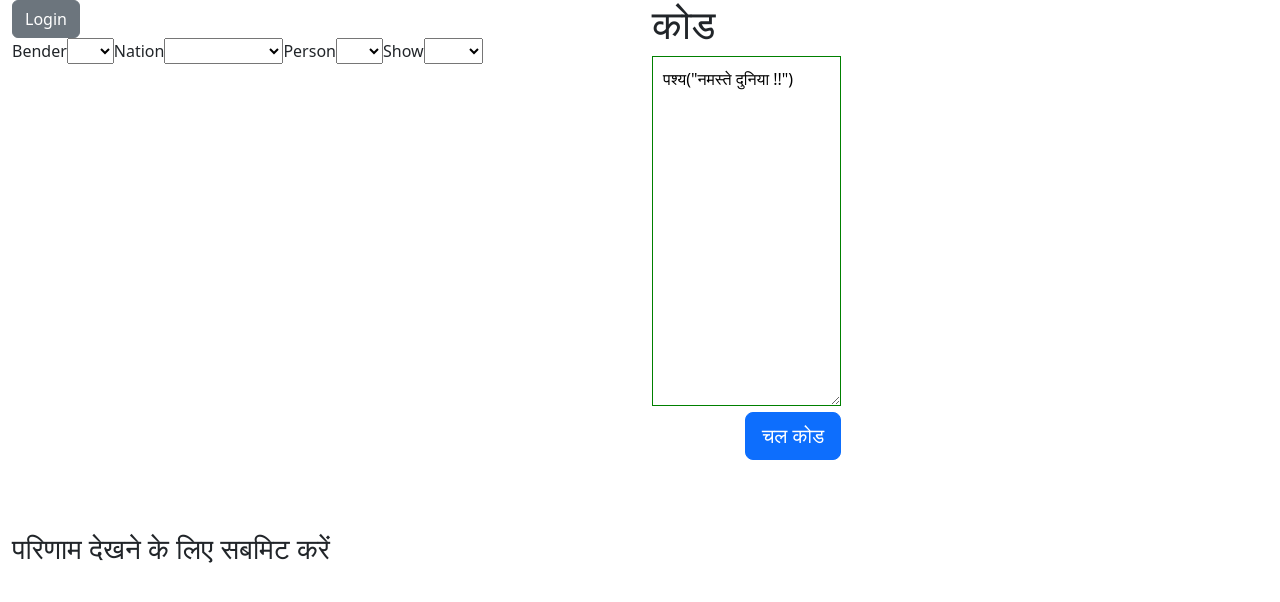
Repository: Vivek3072/webapp_shuniya_code.com
Page: /
An editor plug-in stored every save of this project. The page is shown before and after the next save, followed by the edit.
The browser window is 1280 px wide. The pictures show the whole page.
The project was rebuilt for these pictures with package versions that can differ from the ones it lists, and the page was loaded fresh each time. Also part of the build but not shown: src/components/Login.js, src/components/Singup.js, src/home/filteritems.js. Imported but missing from the stored project, and not drawn on this page: src/axiosApi.

Above is the page before, as saved 2021-02-28 00:39:13.

### public/index.html
<!DOCTYPE html>
<html lang="en">
  <head>
    <meta charset="utf-8" />
    <link rel="icon" href="%PUBLIC_URL%/favicon.ico" />
    <meta name="viewport" content="width=device-width, initial-scale=1" />
    <meta name="theme-color" content="#000000" />
    <meta
      name="description"
      content="Web site created using create-react-app"
    />
    <link rel="apple-touch-icon" href="%PUBLIC_URL%/logo192.png" />
    <!-- CSS only -->
    <link href="https://cdn.jsdelivr.net/npm/bootstrap@5.0.0-beta2/dist/css/bootstrap.min.css" rel="stylesheet" integrity="sha384-BmbxuPwQa2lc/FVzBcNJ7UAyJxM6wuqIj61tLrc4wSX0szH/Ev+nYRRuWlolflfl" crossorigin="anonymous">
    <script src="https://cdn.jsdelivr.net/npm/bootstrap@5.0.0-beta2/dist/js/bootstrap.bundle.min.js" integrity="sha384-b5kHyXgcpbZJO/tY9Ul7kGkf1S0CWuKcCD38l8YkeH8z8QjE0GmW1gYU5S9FOnJ0" crossorigin="anonymous"></script>
    <!--
      manifest.json provides metadata used when your web app is installed on a
      user's mobile device or desktop. See https://developers.google.com/web/fundamentals/web-app-manifest/
    -->
    <link rel="manifest" href="%PUBLIC_URL%/manifest.json" />
    <!--
      Notice the use of %PUBLIC_URL% in the tags above.
      It will be replaced with the URL of the `public` folder during the build.
      Only files inside the `public` folder can be referenced from the HTML.

      Unlike "/favicon.ico" or "favicon.ico", "%PUBLIC_URL%/favicon.ico" will
      work correctly both with client-side routing and a non-root public URL.
      Learn how to configure a non-root public URL by running `npm run build`.
    -->
    <title>React App</title>
  </head>
  <body>
    <noscript>You need to enable JavaScript to run this app.</noscript>
    <div id="root"></div>
    <!--
      This HTML file is a template.
      If you open it directly in the browser, you will see an empty page.

      You can add webfonts, meta tags, or analytics to this file.
      The build step will place the bundled scripts into the <body> tag.

      To begin the development, run `npm start` or `yarn start`.
      To create a production bundle, use `npm run build` or `yarn build`.
    -->
  </body>
</html>

### src/index.js
import React from 'react';
import ReactDOM from 'react-dom';
import './index.css';
import '../node_modules/font-awesome/css/font-awesome.min.css';
import App from './App';
import reportWebVitals from './reportWebVitals';
import {BrowserRouter} from 'react-router-dom'
ReactDOM.render(
  <BrowserRouter>
    <App />
  </BrowserRouter>,
  document.getElementById('root')
);

// If you want to start measuring performance in your app, pass a function
// to log results (for example: reportWebVitals(console.log))
// or send to an analytics endpoint. Learn more: https://bit.ly/CRA-vitals
reportWebVitals();

### src/App.js

import React, { Component} from "react";
import { Switch, Route, Link ,withRouter} from "react-router-dom";
import Login from "./components/Login";
import Signup from "./components/Singup";
// import Hello from "./hello";

import axiosInstance from "./axiosApi";

import home from './home'
import 'bootstrap/dist/css/bootstrap.min.css';
import './App.css'
class App extends Component {
    constructor() {
        super();
        this.handleLogout = this.handleLogout.bind(this);
    }
    async handleLogout() {
        try {
            const response = await axiosInstance.post('/blacklist/', {
                "refresh_token": localStorage.getItem("refresh_token")
            });
            localStorage.removeItem('access_token');
            localStorage.removeItem('refresh_token');
            axiosInstance.defaults.headers['Authorization'] = null;
            this.props.history.push('/');
            return response;
        }
        catch (e) {
            console.log(e);
        }
    };


    render() {
        const token=localStorage.getItem('access_token');
        console.log(token)
        return (
            <div className="container-fluid ">
                <nav>
                {token ?
                <div className="userLogin">
                  <span> <i className="fa fa fa-user"></i>User </span>
                  <button onClick={this.handleLogout}>Logout</button>
                </div>
                :
                  null
                }
                </nav>
                    <Switch>
                        <Route exact path="/" component={home}  />
                        <Route exact path={"/login/"} component={Login}/>
                        <Route exact path={"/signup/"} component={Signup}/>
                    </Switch>

            </div>
        );
    }
}

export default withRouter(App);

### src/home/index.js
import React, { Component } from "react";
import axios from "axios";
import './Index.css'
import FilterOptions from './filteroptions';
import FilterItems from './filteritems';
var filterData = [
  { name: 'Aang', bender: 'yes', nation: 'Air', person: 'yes', show: 'ATLA' },
  { name: 'Appa', bender: 'yes', nation: 'Air', person: 'no', show: 'ATLA' },
  { name: 'Asami', bender: 'no', nation: 'Republic City', person: 'yes', show: 'LOK' },
  { name: 'Azula', bender: 'yes', nation: 'Fire', person: 'yes', show: 'ATLA' },
  { name: 'Bolin', bender: 'yes', nation: 'Earth', person: 'yes', show: 'LOK' },
  { name: 'Katara', bender: 'yes', nation: 'Water', person: 'yes', show: 'ATLA' },
  { name: 'Korra', bender: 'yes', nation: 'Water', person: 'yes', show: 'LOK' },
  { name: 'Jinora', bender: 'yes', nation: 'Air', person: 'yes', show: 'LOK' },
  { name: 'Lin Beifong', bender: 'yes', nation: 'Republic City', person: 'yes', show: 'LOK' },
  { name: 'Pabu', bender: 'no', nation: 'Fire', person: 'no', show: 'LOK' },
  { name: 'Momo', bender: 'no', nation: 'Air',  person: 'no', show: 'ATLA'},
  { name: 'Mai', bender: 'no', nation: 'Fire', person: 'yes', show: 'ATLA' },
  { name: 'Mako', bender: 'yes', nation: 'Fire', person: 'yes', show: 'LOK' },
  { name: 'Naga', bender: 'no', nation: 'Water', person: 'no', show: 'LOK'},
  { name: 'Sokka', bender: 'no', nation: 'Water', person: 'yes', show: 'ATLA' },
  { name: 'Suki', bender: 'no', nation: 'Earth', person: 'yes', show: 'ATLA' },
  { name: 'Tenzin', bender: 'yes', nation: 'Air', person: 'yes', show: 'LOK' },
  { name: 'Toph Beifong', bender: 'yes', nation: 'Earth', person: 'yes', show: 'ATLA' },
  { name: 'Ty Lee', bender: 'no', nation: 'Fire', person: 'yes', show: 'ATLA' },
  { name: 'Uncle Iroh', bender: 'yes', nation: 'Fire', person: 'yes', show: 'ATLA' },
  { name: 'Varrick', bender: 'no', nation: 'Republic City', person: 'yes', show: 'LOK' },
  { name: 'Zhu Li', bender: 'no', nation: 'Republic City', person: 'yes', show: 'LOK' },
  { name: 'Zuko', bender: 'yes', nation: 'Fire', person: 'yes', show: 'ATLA' }
];

export default class home extends Component {
  constructor(props) {
    super(props);
    this.state = {
      texteditor: "",
      showtext: "",
      isSubmited: false,
      isloaded: false,
      data: filterData,
      bender: '',
      nation: '',
      person: '',
      show: '',

    };
  }
  filterItems=(val, type)=> {
    switch (type) {
     case 'bender':
       this.setState({bender: val});
       break;
     case 'nation':
       this.setState({nation: val});
       break;
     case 'person':
       this.setState({person: val});
       break;
     case 'show':
       this.setState({show: val});
       break;
     default:
       break;
   }
 };
  submitHandler = () => {
    this.setState({
      isloaded: false,
      isSubmited: true,
    });
    var getText = document.getElementById("texteditor").value;
    console.log(getText);
    var code_text_b64 = btoa(unescape(encodeURIComponent(getText)));
    const postBody = {
      code_file_name: "a.py",
      code_input: "1",
      code_text_b64: code_text_b64,
      input_flag: "ABSENT",
    };
    var postContent = JSON.stringify(postBody);
    const headers = {
      "Content-Type": "application/json",
    };
    const res = axios
      .post(
        "http://ec2-13-232-16-70.ap-south-1.compute.amazonaws.com:8000/api/v1/web_ide/",
        postContent,
        headers
      )
      .then((res) => {
        this.setState({
          showtext: res.data,
          isloaded: true,
        });
      });
  };
  login=()=>{
    this.props.history.push('/login')
}
  render() {
    const token=localStorage.getItem('access_token');
    var filteredItems = this.state.data;
    var state = this.state;
    ["bender", "nation", "person", "show"].forEach(function(filterBy) {
      var filterValue = state[filterBy];
      if (filterValue) {
        filteredItems = filteredItems.filter(function(item) {
          return item[filterBy] === filterValue;
        });
      }
    });
    var benderArray = this.state.data.map(function(item) { return item.bender });
    var nationArray = this.state.data.map(function(item) { return item.nation });
    var personArray = this.state.data.map(function(item) { return item.person });
    var showArray = this.state.data.map(function(item) { return item.show });
    benderArray.unshift("");
    nationArray.unshift("");
    personArray.unshift("");
    showArray.unshift("");
    return (
      <>
       <div className="row">

            <div className="col-sm-6 col-md-4 col-lg-6">
          {token? null : <button type="button" className="btn btn-secondary userLogin" onClick={this.login}>Login</button>}

          <FilterOptions
            data={this.state.data}
            benderOptions={benderArray}
            nationOptions={nationArray}
            personOptions={personArray}
            showOptions={showArray}
            changeOption={this.filterItems} />
          <div className="filter-form">
          {/* <FilterItems data={filteredItems} /> */}
        </div>

            </div>
            <div className="col-sm-12 col-md-6 col-lg-2">
            <h1>कोड</h1>
              <textarea id="texteditor" className="editorArea">
                पश्य("नमस्ते दुनिया !!")
              </textarea>
              <div
                className="menu-bar"
                style={{ position: "relative", textAlign: "end" }}
              >
                <button
                  className="btn btn-lg btn-primary submit-btn"
                  onClick={this.submitHandler}
                >
                  चल कोड
                </button>
              </div>

            </div>
            <div className="col-sm-12" col-md-2 col-lg-12></div>
        </div>
        <div className="row">
        <div className="menu-bar"></div>
              <br></br>
              <br></br>
              <br></br>
              {this.state.isSubmited ? (
                <div>
                  <h1>परिणाम</h1>
                  {this.state.isloaded ? (
                    <textarea className="sub" value={this.state.showtext}>
                      {" "}
                    </textarea>
                  ) : (
                    <div>
                      <h6>प्रोसेसिंग....................</h6>
                      <div className="loader"></div>
                    </div>
                  )}
                </div>
              ) : (
                <h3>परिणाम देखने के लिए सबमिट करें</h3>
              )}
        </div>
      </>

    );
  }
}

### src/App.css

.editor_area{
  height: 500px;
}
.codeArea{
  margin: auto;
  width: 50%;
  border: 3px solid green;
  padding: 10px;

}
.userLogin{
  text-align: right;
}
textarea{
  position: relative;
  width: 100%;
  height: 200px;
  padding: 20px;
}

.loader {
  position: relative;
  margin-top: 100px;
  left: 50%;
  transform: translate(-50%,-50%);
  width: 100px;
  height: 100px;
  border: 20px solid;
  border-top-color:  rgb(11, 39, 133);
  border-bottom-color: rgb(90, 204, 90);
  border-right-color: rgb(73, 52, 167);
  border-left-color: rgb(212, 28, 28);
  border-radius: 50%;
  animation: spin 2s infinite linear;
}
@keyframes spin {
  from {
      transform: translate(-50%,-50%) rotate(0deg);
  }
  to {
      transform: translate(-50%,-50%) rotate(360deg);
  }
}

li{
  padding: 20px;
}
a{
  color: aliceblue;
  text-decoration: none;
}
a:hover{
  color: rgb(0, 255, 0);
}

### src/home/Index.css
.editorArea{
    margin: auto;
    width: 100%;
    border: 1px solid green;
    padding: 10px;
    height: 350px;
}

### src/home/filteroptions.js
import React, { Component } from 'react'

export default class FilterOptions extends Component {
    changeOption=(type, e)=> {
        var val = e.target.value;
        this.props.changeOption(val, type);
      };
    render() {
        return (

            <div className="filter-option">
              <label>Bender</label>
              <select id="bender" value={this.props.bender} onChange={this.changeOption.bind(this, 'bender')}>
              {this.props.benderOptions.map(function(option) {
                return ( <option key={option} value={option}>{option}</option> )
              })}
              </select>
              <label>Nation</label>
              <select id="nation" value={this.props.nation} onChange={this.changeOption.bind(this, 'nation')}>
              {this.props.nationOptions.map(function(option) {
                return ( <option key={option} value={option}>{option}</option> )
              })}
              </select>
              <label>Person</label>
              <select id="person" value={this.props.person} onChange={this.changeOption.bind(this, 'person')}>
              {this.props.personOptions.map(function(option) {
                return ( <option key={option} value={option}>{option}</option> )
              })}
              </select>
              <label>Show</label>
              <select id="show" value={this.props.show} onChange={this.changeOption.bind(this, 'show')}>
              {this.props.showOptions.map(function(option) {
                return ( <option key={option} value={option}>{option}</option> )
              })}
              </select>
            </div>

        )
    }
}

Loaded but not shown: src/index.css (common file); src/reportWebVitals.js (common file)

After the next save:
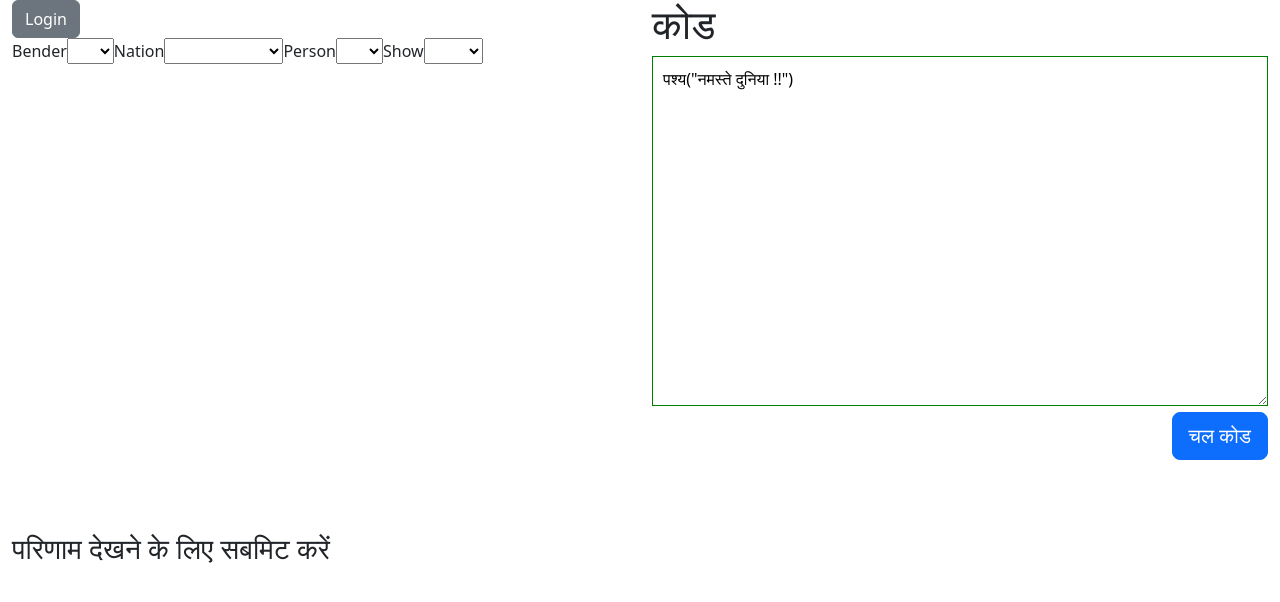
Saved 10 s later.
--- a/src/home/index.js
+++ b/src/home/index.js
@@ -136,7 +136,7 @@ export default class home extends Component {
         </div>
 
             </div>
-            <div className="col-sm-12 col-md-6 col-lg-2">
+            <div className="col-sm-12 col-md-6 col-lg-6">
             <h1>कोड</h1>
               <textarea id="texteditor" className="editorArea">
                 पश्य("नमस्ते दुनिया !!")
